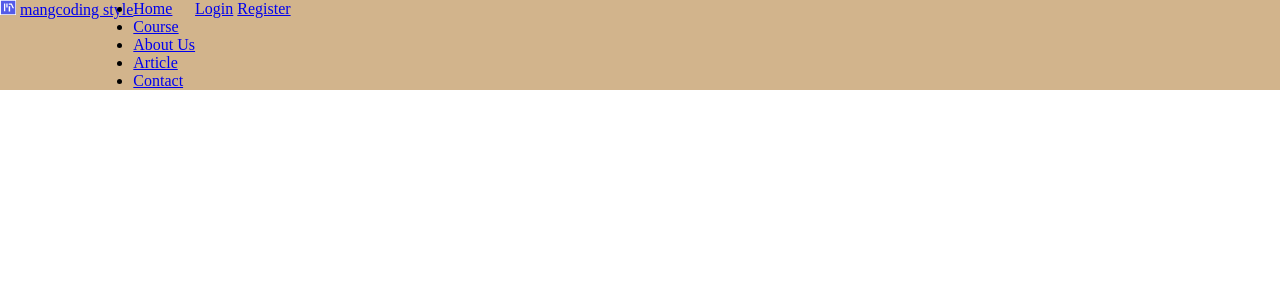
Repository: Dania-Alqam/landing-page
Page: index.html
The author's editor kept a copy of each file at every save. The page is drawn from the files as they stood at one save, then again after the next save.
The browser window is 1280 px wide. The pictures show the whole page.

Above is the page before, as saved 2024-06-21 19:10:34.

After the next save:
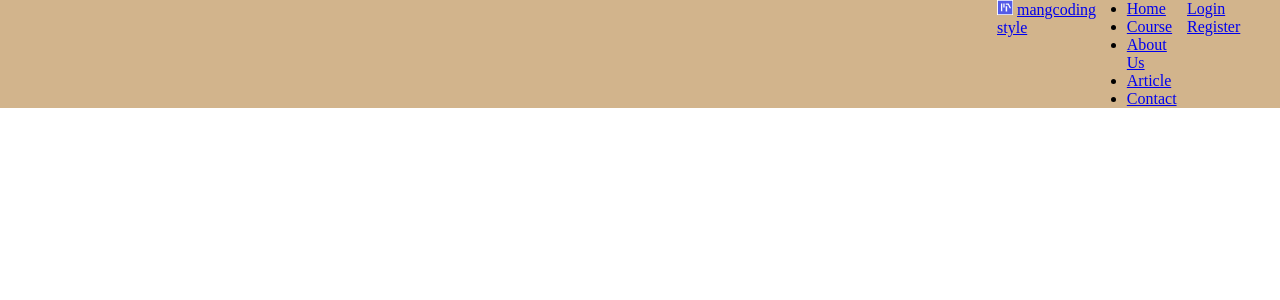
Saved 4 s later.
--- a/index.html
+++ b/index.html
@@ -10,7 +10,7 @@
 <body>
 
     <header class="header">
-        <div></div>
+        <div class="container"></div>
         <div class="logo">
             <img src="./assests/images/Logo.svg" alt="logo"/>
             <a href="#">mangcoding style</a>
